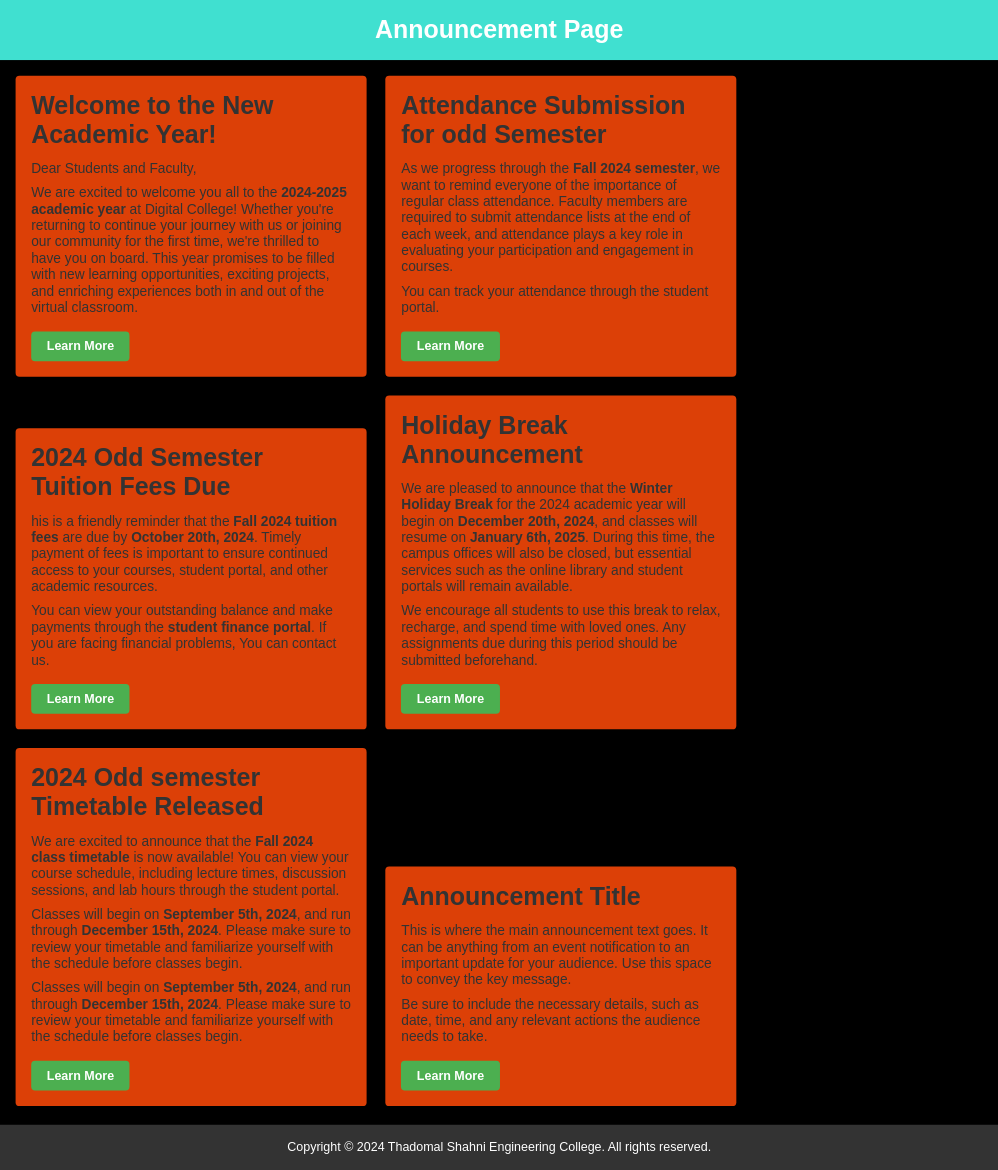
Repository: TejasS1233/MINITHON-hackathon-project
Page: annoucementpage.html
These files come from the project's save history. The page is drawn as it stood at one moment and after the next save; the edit follows.
The browser window is 1280 px wide. The pictures show the whole page, at 78% of full size.

Above is the page before, as saved 2024-09-20 09:57:41.

After the next save:
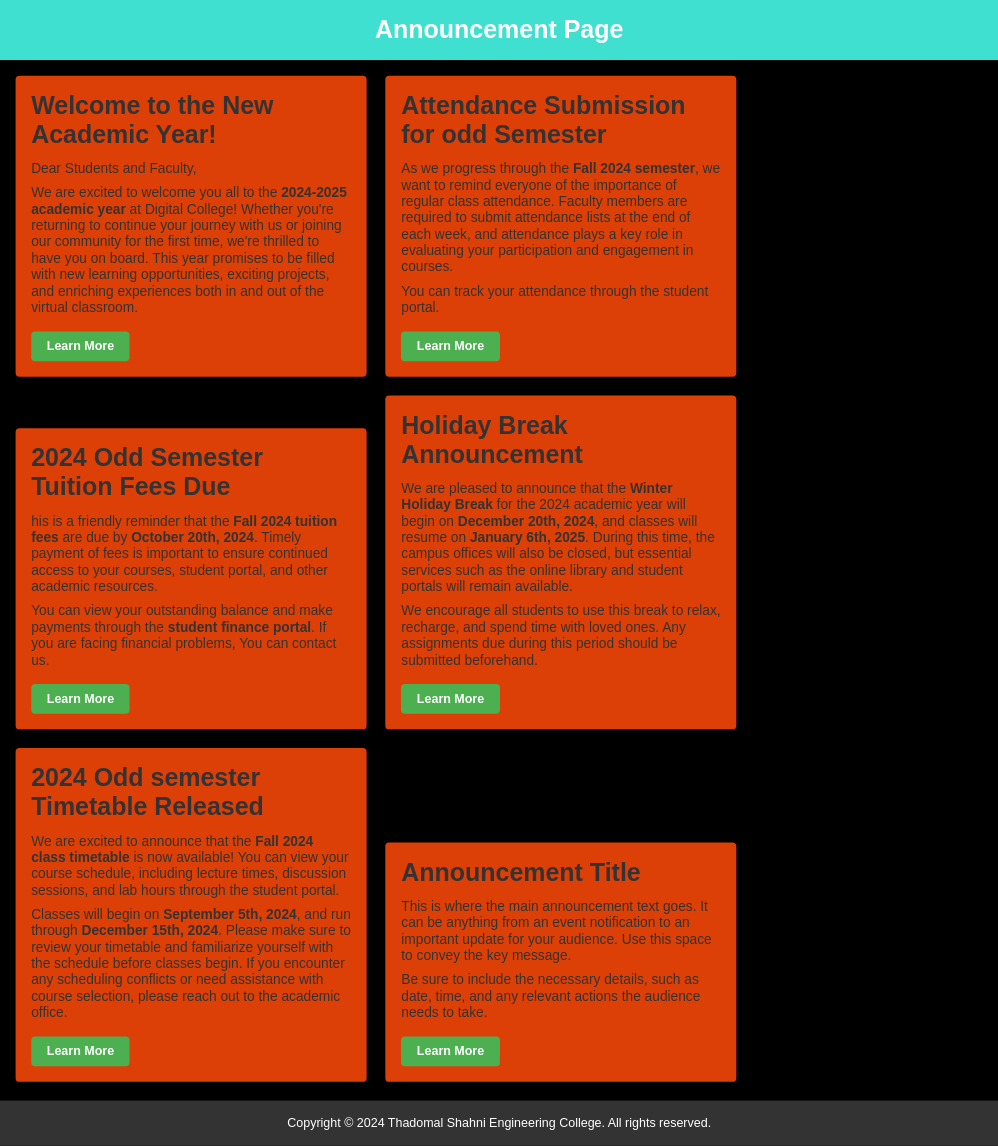
Saved 26 s later.
--- a/annoucementpage.html
+++ b/annoucementpage.html
@@ -72,11 +72,7 @@
         </p>
         <p>
             Classes will begin on <strong>September 5th, 2024</strong>, and run through <strong>December 15th, 2024</strong>.
-        Please make sure to review your timetable and familiarize yourself with the schedule before classes begin.
-        </p>
-        <p>
-            Classes will begin on <strong>September 5th, 2024</strong>, and run through <strong>December 15th, 2024</strong>.
-        Please make sure to review your timetable and familiarize yourself with the schedule before classes begin.
+        Please make sure to review your timetable and familiarize yourself with the schedule before classes begin.  If you encounter any scheduling conflicts or need assistance with course selection, please reach out to the academic office.
         </p>
         <a href="#" class="cta-button">Learn More</a>
     </div>
